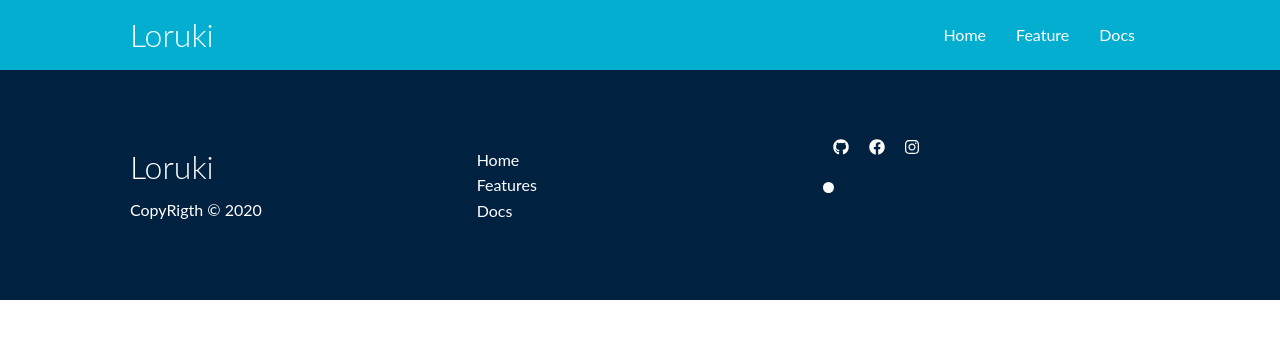
Repository: MosiurRrahman/loruki-app-reactjs
Page: /
An editor plug-in stored every save of this project. The page is shown before and after the next save, followed by the edit.
The browser window is 1280 px wide. The pictures show the whole page.
The project was rebuilt for these pictures with package versions that can differ from the ones it lists, and the page was loaded fresh each time.

Above is the page before, as saved 2021-10-05 12:21:59.

### src/index.js
import React from 'react';
import ReactDOM from 'react-dom';
import Layout from './components/app';
import './index.css';
// import './utilities';






class Root extends React.Component{
  render(){
    return(
      <Layout></Layout>
    );
  }
}




ReactDOM.render(
  <React.StrictMode>
    <Root />
  </React.StrictMode>,
  document.getElementById('root')
);

### src/components/app.jsx
import { Component } from "react";
import Footer from "./common/Footer";
import Header from "./common/Header";

class Layout extends Component {
  render() {
    return (
      <>
        <Header />
        <Footer />
      </>
    );
  }
}
export default Layout;

### src/index.css
/* all css imported */

@import url("./assets/css/main");
@import url("./assets/css/utilities");

### src/components/common/Footer.jsx
import {
  faFacebook,
  faGithub,
  faInstagram,
} from "@fortawesome/free-brands-svg-icons";
import { FontAwesomeIcon } from "@fortawesome/react-fontawesome";
import { Component } from "react";

class Footer extends Component {
  render() {
    return (
      <>
        <footer className="footer bg-dark py-5">
          <div className="container grid grid-3">
            <div>
              <h1>Loruki</h1>
              <p>CopyRigth &copy; 2020</p>
            </div>
            <nav>
              <ul>
                <li>
                  <a href="index.html">Home</a>
                </li>
                <li>
                  <a href="feature.html">Features</a>
                </li>
                <li>
                  <a href="docs.html">Docs</a>
                </li>
              </ul>
            </nav>
            <div className="social">
              <a href="#">
                <FontAwesomeIcon icon={faGithub} />
              </a>
              <a href="#">
                <FontAwesomeIcon icon={faFacebook} />
              </a>
              <a href="#">
                <FontAwesomeIcon icon={faInstagram} />
              </a>
              <a href="#">
                <li className="fab fa-linkedin fa-2x"></li>
              </a>
            </div>
          </div>
        </footer>
      </>
    );
  }
}
export default Footer;

### src/components/common/Header.jsx
import { Component } from "react";

class Header extends Component {
  render() {
    return (
      <>
        <div className="navbar">
          <div className="container flex">
            <h1 className="logo">Loruki</h1>
            <nav>
              <ul>
                <li>
                  <a href="index.html">Home</a>
                </li>
                <li>
                  <a href="feature.html">Feature</a>
                </li>
                <li>
                  <a href="docs.html">Docs</a>
                </li>
              </ul>
            </nav>
          </div>
        </div>
      </>
    );
  }
}
export default Header;

### src/assets/css/main.css
:root {
  --primary-color: #04aed0;
  --secondry-color: #04a1c0;
  --dark-color: #002240;
  --light-color: #f4f4ff;
  --success-color: #5cb85c;
  --error-color: #d9534f;
}

* {
  box-sizing: border-box;
  margin: 0;
  padding: 0;
}

body {
  font-family: "lato", sans-serif;
  color: #333333;
  line-height: 1.6;
}

ul {
  list-style-type: none;
}

a {
  text-decoration: none;
  color: #333333;
}

h1,
h2 {
  font-weight: 300;
  line-height: 1.2;
  margin: 10px 0;
}

p {
  margin: 10px 0;
}

img {
  width: 100%;
}

code,
pre {
  background: #333;
  color: #fff;
  padding: 10px;
}

.hidden {
  visibility: hidden;
  height: 0;
}

/* === navbar style === */

.navbar {
  background-color: var(--primary-color);
  color: #ffffff;
  height: 70px;
}

.navbar .flex {
  justify-content: space-between;
}

.navbar ul {
  display: flex;
}

.navbar ul a {
  padding: 10px;
  margin: 0 5px;
  color: #fff;
  transition: 0.3s;
}

.navbar ul a:hover {
  border-bottom: 2px solid #fff;
}

/* === Showcase style === */

.showcase {
  height: 400px;
  background-color: var(--primary-color);
  color: #fff;
  position: relative;
}

.showcase h1 {
  font-size: 40px;
}

.showcase p {
  margin: 20px 0;
}

.showcase .grid {
  overflow: visible;
  grid-template-columns: 55% 45%;
  gap: 30px;
}

body {
  overflow-x: hidden;
}

.showcase-form {
  position: relative;
  top: 60px;
  height: 350px;
  max-width: 400px;
  padding: 40px;
  z-index: 100;
  animation: slideInFromRight 1s ease-in;
}

.showcase-text {
  animation: slideInFromLeft 1s ease-in;
}

.showcase .form-control {
  margin: 30px 0;
}

.showcase input[type="text"],
.showcase input[type="email"] {
  border: 0;
  border-bottom: 1px solid #b4becb;
  width: 100%;
  padding: 3px;
  font-size: 16px;
}

.showcase-form input:focus {
  outline: none;
}

.showcase::before,
.showcase::after {
  content: "";
  position: absolute;
  height: 100px;
  background: #fff;
  left: 0;
  bottom: -60px;
  right: 0;
  transform: skewY(-3deg);
  --webkit-transform: skewY(-3deg);
  --moz-transform: skewY(-3deg);
  --ms-transform: skewY(-3deg);
}

/* ===stats=== */

.stats {
  padding-top: 100px;
  animation: slideInFromBottom 1s ease-in;
}

.stats-heading {
  max-width: 500px;
  margin: auto;
}

.stats .grid h3 {
  font-size: 35px;
}

.stats .grid p {
  font-size: 20px;
  font-weight: bold;
}

/* cli */

.cli .grid {
  grid-template-columns: repeat(3, 1fr);
  grid-template-rows: repeat(2, 1fr);
}

.cli .grid > *:first-child {
  grid-column: 1 / span 2;
  grid-row: 1 / span 2;
}

/* Cloud */

.cloud .grid {
  grid-template-columns: repeat(4fr, 1fr);
}

/* languages */

.languages .flex {
  flex-wrap: wrap;
}

.languages .card {
  text-align: center;
  margin: 18px 10px 40px;
  transition: 0.3s;
}

.languages .card:hover {
  transform: translateY(-15px);
  color: var(--primary-color);
}

.languages .card h4 {
  font-size: 20px;
  margin-bottom: 10px;
}

/* Feature section */

.freatures-head img,
.docs-head img {
  width: 200px;
  justify-self: center;
}

.freatures-sub-head img {
  width: 300px;
  justify-self: flex-end;
}

/* feature main */

.freatures-main .card > i {
  margin-right: 20px;
}

.freatures-main .grid {
  padding: 30px;
}

.freatures-main .grid > *:first-child {
  grid-column: 1 / span 3;
}

.freatures-main .grid > *:nth-child(2) {
  grid-column: 1 / span 2;
}

.freatures-main .grid > *:nth-child(2) {
  justify-content: start;
}

/* dosc */

.docs-main h3 {
  margin: 20px 0;
}

.docs-main .grid {
  grid-template-columns: 1fr 2fr;
  align-items: flex-start;
}

.docs-main nav li {
  font-size: 20px;
  padding-bottom: 5px;
  margin-bottom: 5px;
  border-bottom: 1px solid #ccc;
}

.docs-main nav a:hover {
  color: var(--primary-color);
  font-weight: bold;
}

/* Footer */

.footer .social a {
  margin: 0 10px;
}

.footer .social a li {
  transition: 0.3s;
}

.footer .social a li:hover {
  transform: translateY(-5px);
  color: var(--primary-color);
}

/* Animation */

@keyframes slideInFromLeft {
  0% {
    transform: translateX(-100%);
  }
  100% {
    transform: translateX(0);
  }
}

@keyframes slideInFromRight {
  0% {
    transform: translateX(70%);
  }
  100% {
    transform: translateX(0);
  }
}

@keyframes slideInFromTop {
  0% {
    transform: translateY(-100%);
  }
  100% {
    transform: translateX(0);
  }
}

@keyframes slideInFromBottom {
  0% {
    transform: translateY(100%);
  }
  100% {
    transform: translateX(0);
  }
}

/* ===responsive css ===*/

/* Tablets and under */

@media (max-width: 768px) {
  .grid,
  .showcase .grid,
  .stats .grid,
  .cli .grid,
  .cloud .grid,
  .freature-main .grid,
  .docs-main .grid {
    grid-template-columns: 1fr;
    grid-template-rows: 1fr;
  }
  .showcase {
    height: auto;
  }
  .showcase-text {
    text-align: center;
    margin-top: 40px;
    animation: slideInFromTop 1s ease-in;
  }
  .showcase-form {
    justify-self: center;
    margin: auto;
    animation: slideInFromBottom 1s ease-in;
  }
  .cli .grid > *:first-child {
    grid-column: 1;
    grid-row: 1;
  }
  .freatures-head,
  .freatures-sub-head,
  .docs-head {
    text-align: center;
  }
  .freatures-head img,
  .freatures-sub-head img,
  .docs-head img {
    justify-self: center;
  }
  .freatures-main .grid > *:first-child,
  .freatures-main .grid > *:nth-child(2) {
    grid-column: 1;
  }
}

/* Mobile */

@media (max-width: 500px) {
  .navbar {
    height: 110px;
  }
  .navbar .flex {
    flex-direction: column;
  }
  .navbar ul {
    padding: 10px;
    background: rgba(0, 0, 0, 0.1);
  }
}

/* ===responsive css end ===*/

### src/assets/css/utilities.css
/* === utlities === */

.container {
  max-width: 1100px;
  margin: 0 auto;
  overflow: auto;
  padding: 0 40px;
}

.card {
  background-color: #fff;
  color: #333;
  border-radius: 10px;
  box-shadow: 0 3px 10px rgba(0, 0, 0, 0.2);
  padding: 20px;
  margin: 10px;
}

.card p {
  padding-left: 20px;
}

.btn {
  display: inline-block;
  padding: 10px 30px;
  cursor: pointer;
  background: var(--primary-color);
  color: #fff;
  border: none;
  border-radius: 5px;
  transition: 0.3s;
}

.btn-outline {
  background-color: transparent;
  border: 1px solid #ffffff;
}

.btn:hover {
  transform: translate(5px);
}

/* background and colored buttons */

.btn-primary,
.bg-primary {
  background-color: var(--primary-color);
  color: #ffffff;
}

.btn-secondry,
.bg-secondry {
  background-color: var(--secondry-color);
  color: #ffffff;
}

.btn-dark,
.bg-dark {
  background-color: var(--dark-color);
  color: #ffffff;
}

.btn-light,
.bg-light {
  background-color: var(--light-color);
  color: #333;
}

.btn-primary a,
.bg-primary a,
.btn-secondry a,
.bg-secondry a,
.btn-dark a,
.bg-dark a {
  color: #fff;
}

/* text sizes */

.lead {
  font-size: 20px;
}

.sm {
  font-size: 1rem;
}

.md {
  font-size: 2rem;
}

.lg {
  font-size: 3rem;
}

.xl {
  font-size: 4rem;
}

.text-center {
  text-align: center;
}

.flex {
  display: flex;
  justify-items: center;
  align-items: center;
  height: 100%;
}

.grid {
  display: grid;
  grid-template-columns: repeat(2, 1fr);
  gap: 20px;
  justify-content: center;
  align-items: center;
  height: 100%;
}

.grid-3 {
  grid-template-columns: repeat(3, 1fr);
}

/* alart */

.alert {
  background-color: var(--light-color);
  padding: 10px 20px;
  font-weight: bold;
  margin: 15px 0;
}

.alert i {
  margin-right: 10px;
}

.alert-success {
  background-color: var(--success-color);
  color: #fff;
}

.alert-error {
  background-color: var(--errer-color);
  color: #fff;
}

/* Margin */

.my-1 {
  margin: 1rem 0;
}

.my-2 {
  margin: 1.5rem 0;
}

.my-3 {
  margin: 2rem;
}

.my-4 {
  margin: 3rem 0;
}

.my-5 {
  margin: 4rem 0;
}

.m-1 {
  margin: 1rem;
}

.m-2 {
  margin: 1.5rem;
}

.m-3 {
  margin: 2rem;
}

.m-4 {
  margin: 3rem;
}

.m-5 {
  margin: 4rem;
}

/* padding */

.py-1 {
  padding: 1rem 0;
}

.py-2 {
  padding: 1.5rem 0;
}

.py-3 {
  padding: 2rem;
}

.py-4 {
  padding: 3rem 0;
}

.py-5 {
  padding: 4rem 0;
}

.p-1 {
  padding: 1rem;
}

.p-2 {
  padding: 1.5rem;
}

.p-3 {
  padding: 2rem;
}

.p-4 {
  padding: 3rem;
}

.p-5 {
  padding: 4rem;
}

Loaded but not shown: public/index.html (common file)

After the next save:
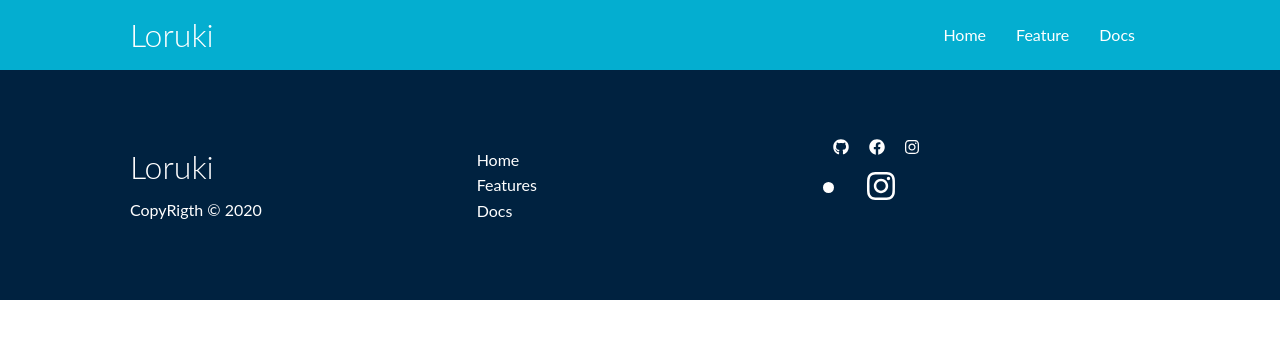
Saved 65 s later.
--- a/src/components/common/Footer.jsx
+++ b/src/components/common/Footer.jsx
@@ -40,7 +40,9 @@ class Footer extends Component {
                 <FontAwesomeIcon icon={faInstagram} />
               </a>
               <a href="#">
-                <li className="fab fa-linkedin fa-2x"></li>
+                <li className="fab fa-linkedin fa-2x">
+                  <FontAwesomeIcon icon={faInstagram} />
+                </li>
               </a>
             </div>
           </div>
